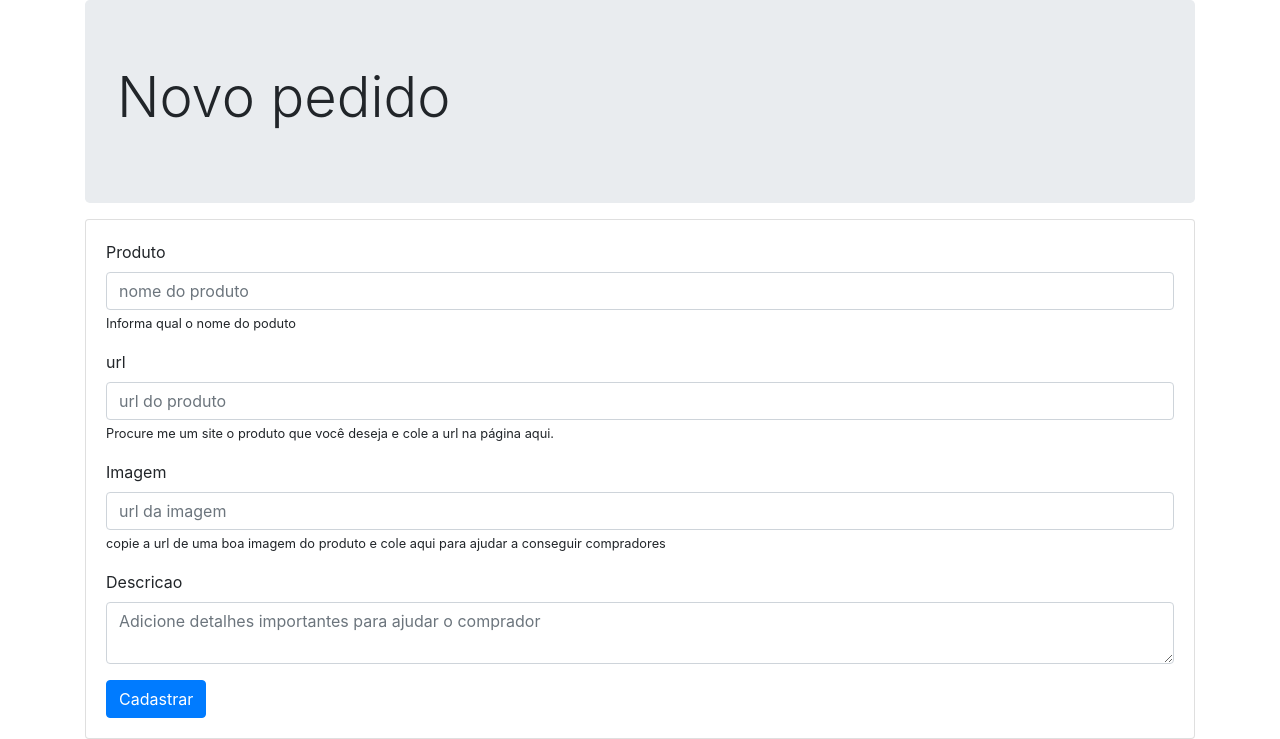
Repository: Erick-Fernandes-dev/Spring_MVC_Part2
Page: http://localhost/pedido/formulario
These files come from the project's save history. The page is drawn as it stood at one moment and after the next save; the edit follows.
The browser window is 1280 px wide. The pictures show the whole page.
The page is this project's Thymeleaf template; nobody is signed in. The template is opened directly, without the code that normally fills it, so the values that code supplies are empty.

Above is the page before, as saved 2022-05-26 18:08:33.

After the next save:
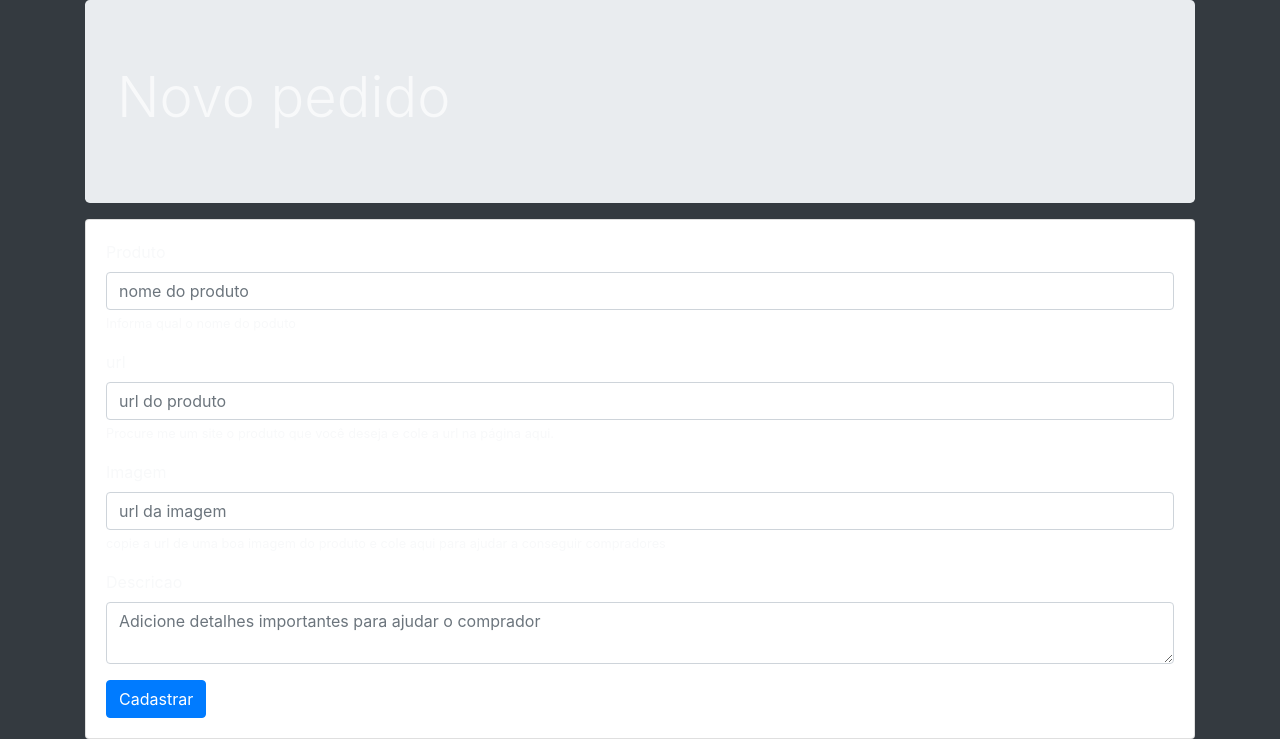
Saved 44 s later.
--- a/mudi/src/main/resources/templates/pedido/formulario.html
+++ b/mudi/src/main/resources/templates/pedido/formulario.html
@@ -9,7 +9,7 @@
 	crossorigin="anonymous">
 </head>
 </head>
-<body text-light bg-dark>
+<body class="text-light bg-dark">
 
 	<div class="container">
 
